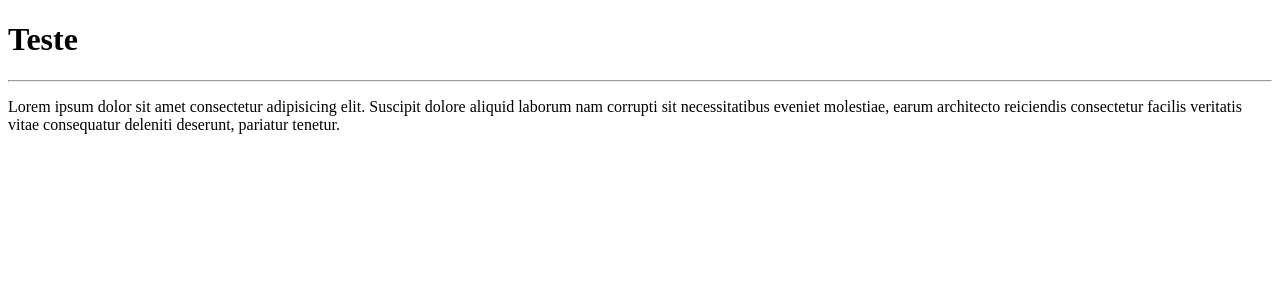
Repository: rapha-vil/Teste
Page: site-exemplo/index.html
The author's editor kept a copy of each file at every save. The page is drawn from the files as they stood at one save, then again after the next save.
The browser window is 1280 px wide. The pictures show the whole page.

Above is the page before, as saved 2021-05-15 21:52:24.

### site-exemplo/index.html
<!DOCTYPE html>
<html lang="pt-br">
<head>
    <meta charset="UTF-8">
    <meta http-equiv="X-UA-Compatible" content="IE=edge">
    <meta name="viewport" content="width=device-width, initial-scale=1.0">
    <title>Site repositório</title>
</head>
<body>

    <h1>Teste</h1>
    <hr>
    <p>Lorem ipsum dolor sit amet consectetur adipisicing elit. Suscipit dolore aliquid laborum nam
        corrupti sit necessitatibus eveniet molestiae, earum architecto reiciendis consectetur
        facilis veritatis vitae consequatur deleniti deserunt, pariatur tenetur.</p>

</body>
</html>

After the next save:
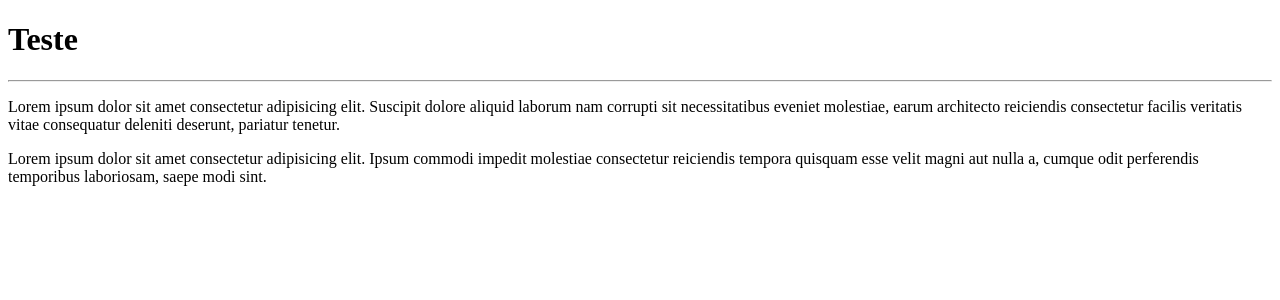
Saved 2 min 12 s later.
--- a/site-exemplo/index.html
+++ b/site-exemplo/index.html
@@ -14,5 +14,7 @@
         corrupti sit necessitatibus eveniet molestiae, earum architecto reiciendis consectetur
         facilis veritatis vitae consequatur deleniti deserunt, pariatur tenetur.</p>
 
+        <p>Lorem ipsum dolor sit amet consectetur adipisicing elit. Ipsum commodi impedit molestiae consectetur reiciendis tempora quisquam esse velit magni aut nulla a, cumque odit perferendis temporibus laboriosam, saepe modi sint.</p>
+
 </body>
 </html>
